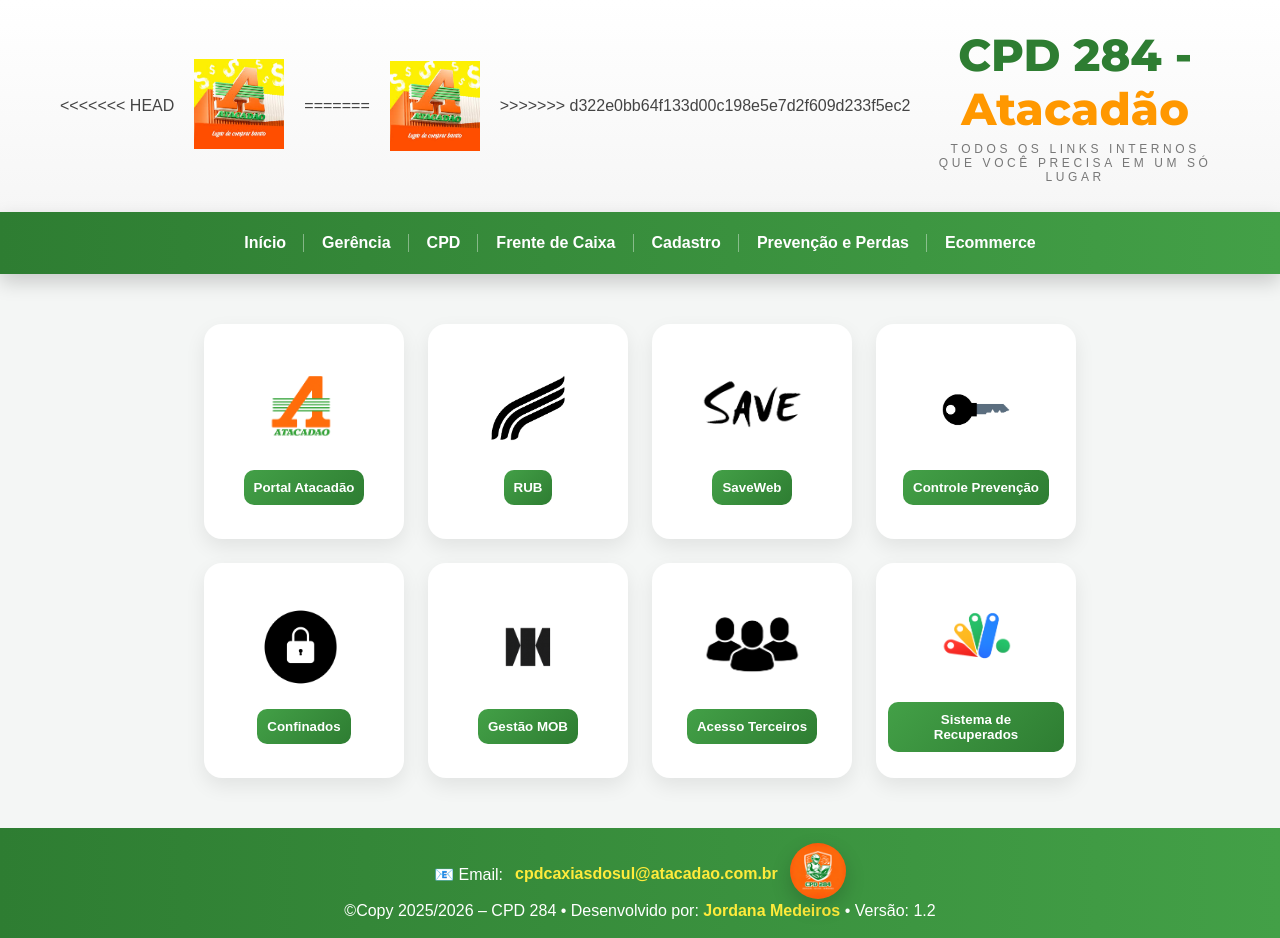
Repository: Iamjordana/projetositecpd284
Page: prevencao.html
The author's editor kept a copy of each file at every save. The page is drawn from the files as they stood at one save, then again after the next save.
The browser window is 1280 px wide. The pictures show the whole page.

Above is the page before, as saved 2026-01-19 15:10:44.
Console error: TypeError: Cannot read properties of null (reading 'addEventListener')

After the next save:
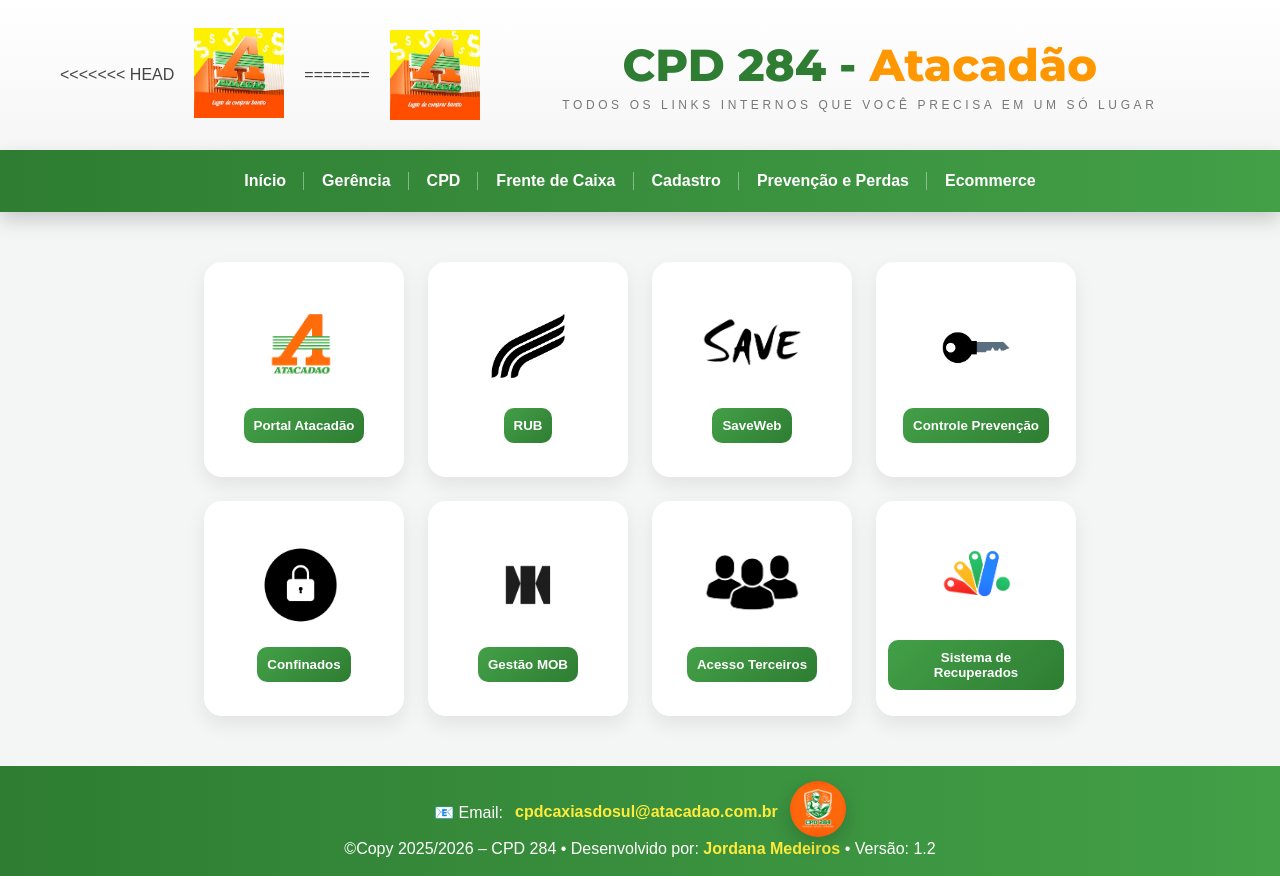
Saved 5 s later.
--- a/prevencao.html
+++ b/prevencao.html
@@ -17,7 +17,6 @@
     <a href="https://www.atacadao.com.br/?gad_source=1&gad_campaignid=20420614023&gbraid=0AAAAABtpTlcGW6y3akw7RKT1Yb7pAKuKd&gclid=CjwKCAiAmp3LBhAkEiwAJM2JUHXSWfP5_Djaq_11NZu4hlSceQ_92qgWRLRudqQOzaB98C2fKkaZ1BoCU14QAvD_BwE" ><img src="imagens/logoataca.jpg" alt="Atacadão" class="header-logo"></a>
 =======
     <img src="imagens/logoataca.jpg" alt="Atacadão" class="header-logo">
->>>>>>> d322e0bb64f133d00c198e5e7d2f609d233f5ec2
 
     <!-- TEXTO CENTRAL -->
     <div class="header-texto">
